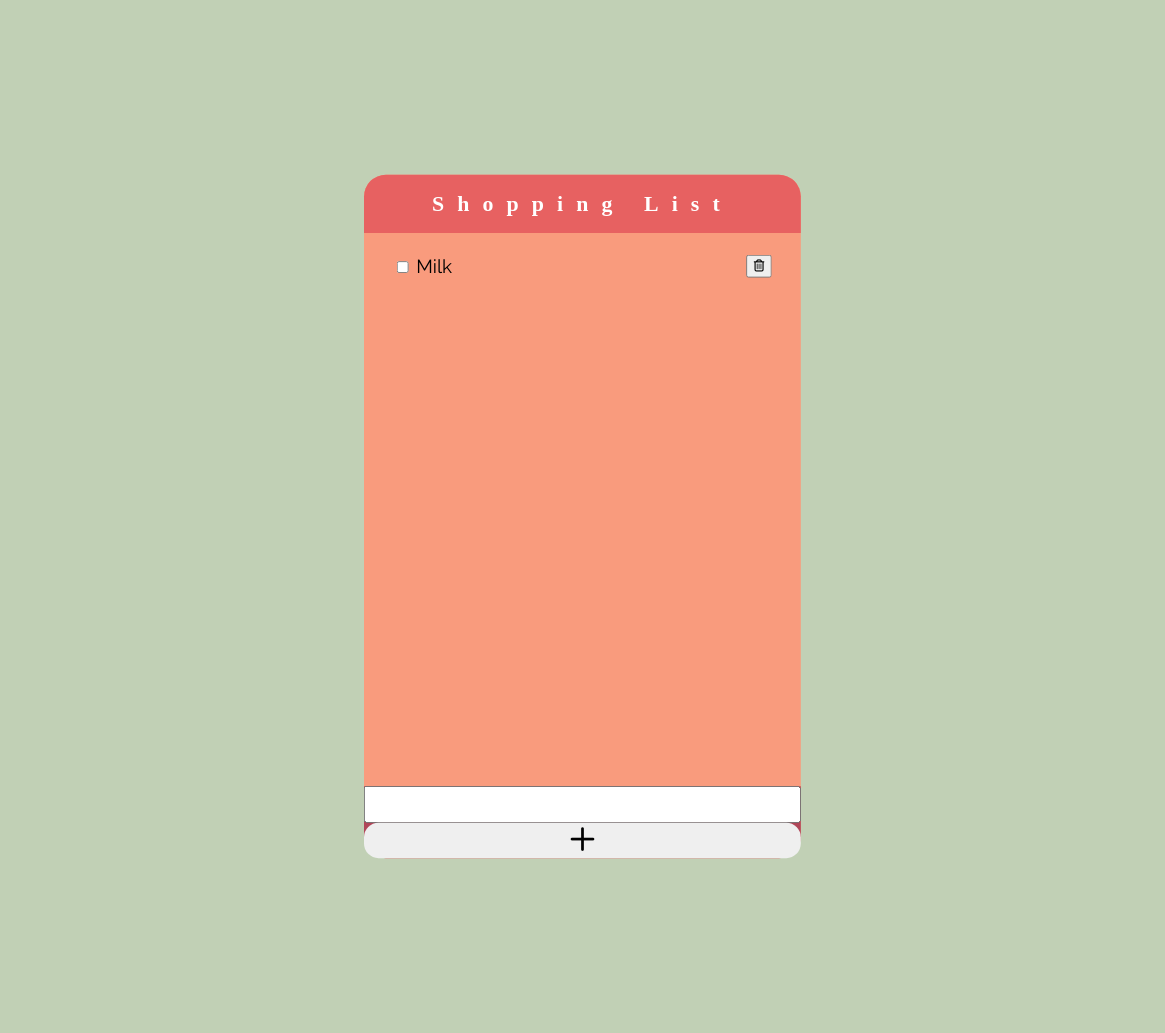
Repository: sephinejo/shopping-list-app
Page: index.html
An editor plug-in stored every save of this project. The page is shown before and after the next save, followed by the edit.
The browser window is 1280 px wide. The pictures show the whole page, at 91% of full size.
Some web fonts or font styles are not loaded; a fallback is used. Some web libraries are served in a nearby version.

Above is the page before, as saved 2023-05-12 11:15:21.

After the next save:
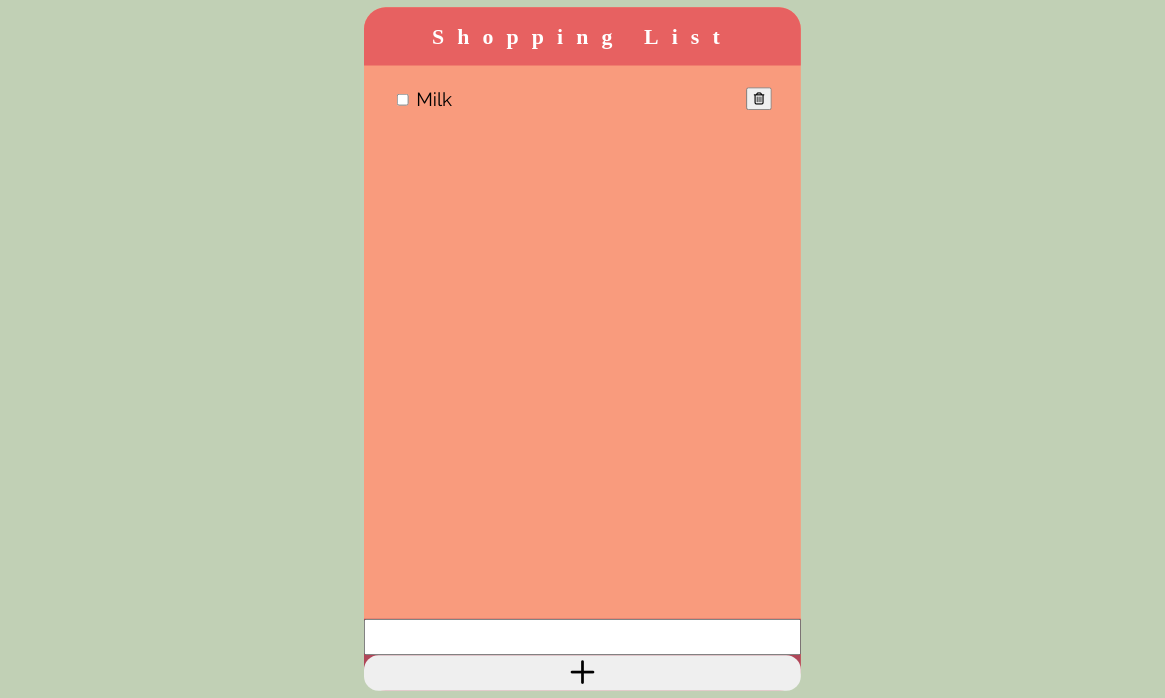
Saved 14 s later.
--- a/style.css
+++ b/style.css
@@ -8,7 +8,7 @@ body {
 }
 
 .container {
-  margin: 12rem auto;
+  margin: auto;
   width: 30rem;
   background-color: #f99b7d;
   border-radius: 1.5rem;
